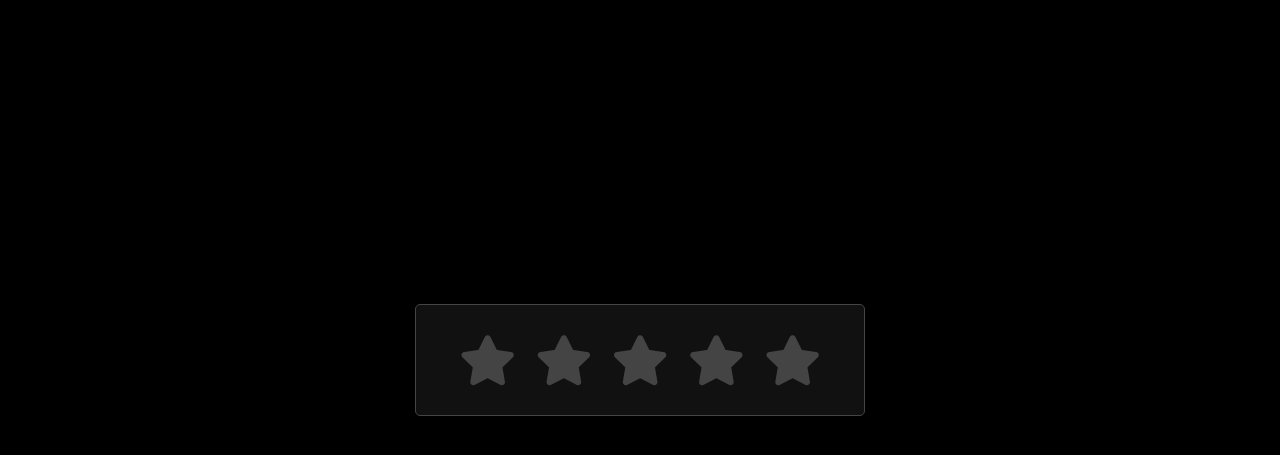
Repository: Suryansh-D/Star-Ratings
Page: index.html
An editor plug-in stored every save of this project. The page is shown before and after the next save, followed by the edit.
The browser window is 1280 px wide. The pictures show the whole page.

Above is the page before, as saved 2024-02-03 10:45:15.

### index.html
<!DOCTYPE html>
<html lang="en">
<head>
    <meta charset="UTF-8">
    <meta name="viewport" content="width=device-width, initial-scale=1.0">
    <title>Document</title>
</head>
<link rel="stylesheet" href="style.css">
<link rel="stylesheet" href="https://cdnjs.cloudflare.com/ajax/libs/font-awesome/5.15.3/css/all.min.css">
<body>
    <div class="container">
        <div class="post">
            <div class="text">Thanks for rating us!</div>
            <div class="edit">EDIT</div>
            </div>
        <div class="stars">
            <input type="radio" name="rate" id="rate-5">
            <label for="rate-5" class="fas fa-star"></label>
            <input type="radio" name="rate" id="rate-4">
            <label for="rate-4" class="fas fa-star"></label>
            <input type="radio" name="rate" id="rate-3">
            <label for="rate-3" class="fas fa-star"></label>
            <input type="radio" name="rate" id="rate-2">
            <label for="rate-2" class="fas fa-star"></label>
            <input type="radio" name="rate" id="rate-1">
            <label for="rate-1" class="fas fa-star"></label>
            <form action="#">
                <header></header>
                <div class="textarea">
                <textarea cols="30" placeholder="Describe your experience"></textarea>
                </div>
                    <div class="btn">
                        <button type="submit">Post</button>
                        </div>
                 </form>
        </div>
    </div>
    <script src="script.js"></script>
</body>
</html>

### style.css
@import url('https://fonts.googleapis.com/css?family=Roboto:400,700');
* {
  margin: 0;
  padding: 0;
  box-sizing: border-box;
  font-family:'Poppins', sans-serif;
}
html, body {
  height: 100%;
  background-color: #000;
  place-items: center;
  display: grid;
  text-align: center;
}

.container {
    position: relative;
    width: 450px;
    background: #111;
    padding: 20px  30px;
    border: 1px solid #444;
    border-radius: 5px;
    display: flex;
    flex-direction: column;
    align-items: center;
    justify-content: center;
}
.container .post{
    display: none;

}
.container .stars input{
    display: none;
}
.stars label{
    font-size: 50px;
    color: #444;
    cursor: pointer;
    transition: all 0.2s ease;
    float: right;
    padding: 10px;

}
.stars input:not(:checked) ~ label:hover ,
.stars input:not(:checked) ~ label:hover ~ label{
    color: #ffcc00;
}
.stars input:checked ~ label{
    color: #ffcc00;
}
input#rate-5:checked ~ label{
    color: #fe7;
    text-shadow: 0 0 20px #f1cf45;
}
input#rate-4:checked ~ label{
    color: #fe7;
    text-shadow: 0 0 20px #f1cf45;
}
input#rate-3:checked ~ label{
    color: #fe7;
    text-shadow: 0 0 20px #f1cf45;
}
input#rate-2:checked ~ label{
    color: #fe7;
    text-shadow: 0 0 20px #f1cf45;
}
input#rate-1:checked ~ label{
    color: #fe7;
    text-shadow: 0 0 20px #f1cf45;
}

#rate-1:checked ~ form header:before{
    content: "Hatt Bakwas 😤";

}
#rate-2:checked ~ form header:before{
    content: "Bekaar 😒";
}
#rate-3:checked ~ form header:before{
    content: "Theek hi hai 🙂";
}
#rate-4:checked ~ form header:before{
    content: "Badhiya kiye Munna😌";
}
#rate-5:checked ~ form header:before{
    content: "Ohh Bhaisaab! 🤯 ";
}

.container .text{
    font-size: 25px;
    color: #666;
    font-weight: 700;

}
.container .edit{
    position: absolute;
    right:10px;
    top:5px;
    font-size: 16px;
    color: #666;
    font-weight: 500;
    cursor: pointer;
}
.container .edit:hover{
    text-decoration: underline;
    color: #fe7;
}
.container form{
    display: none;
}
input:checked ~ form{
    display: block;
    transition: all 0.2s ease;
}
form header{
    width:100%;
    font-size: 25px;
    color: #fe7;
    font-weight: 700;
    margin: 5px 0 20px 0;
    text-align: center;
    transition: all 0.2s ease;
}

form .textarea{
    width: 100%;
   height: 100%;
   overflow: hidden;
}
form .textarea textarea{
    height: 100%;
    width:100%;
    outline: none;
    color: #fff;
    border: 1px solid #333;
    background: #222;
    padding: 10px;
    font-size: 17px;
    resize: none;
}
form .btn{
  height: 45px;
  width: 100%;
  margin: 15px 0;
}
form .btn button{
    width: 100%;
    height: 100%;
    border: 1px solid #444;
    outline: none;
    background: #222;
    color: #999;
    font-size: 20px;
    font-weight: 700;
    cursor: pointer;
    transition: all 0.2s ease;
    font-size: 17px;
    text-transform: uppercase;
}
form .btn button:hover{
    background: #1b1b1b;
    color: #fff;
}

### script.js
const btn = document.querySelector('button');
const post = document.querySelector('.post');
const widget = document.querySelector('.stars');
const editBtn = document.querySelector('.edit');

btn.onclick =() => {
    widget.style.display = 'none';
    post.style.display = 'block';


    editBtn.onclick =() => {
        widget.style.display = 'block';
        post.style.display = 'none';

    }
    return false;
}

After the next save:
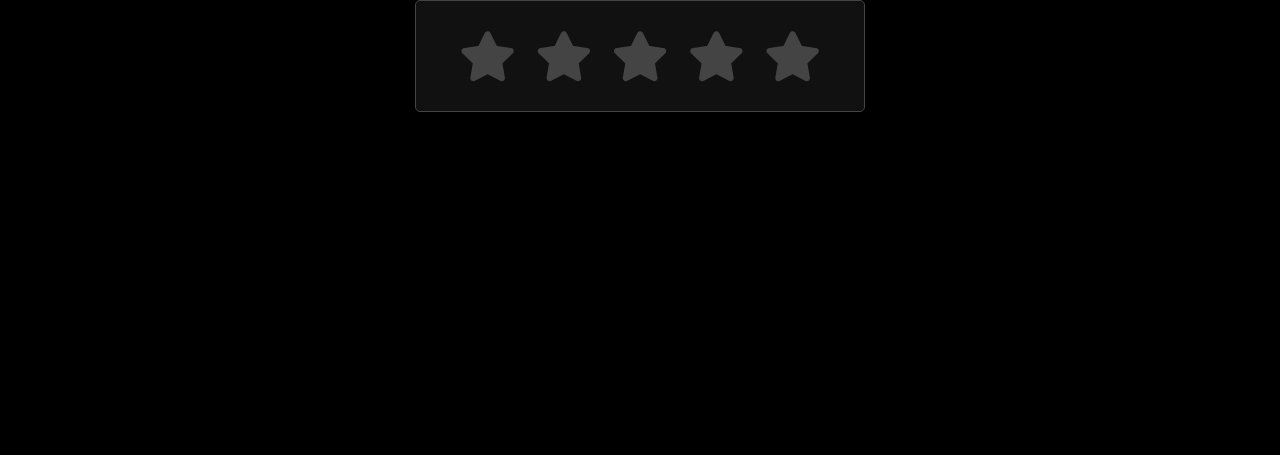
Saved 2 min 1 s later.
--- a/style.css
+++ b/style.css
@@ -6,7 +6,7 @@
   font-family:'Poppins', sans-serif;
 }
 html, body {
-  height: 100%;
+  height: auto;
   background-color: #000;
   place-items: center;
   display: grid;

After the 2 saves that followed:
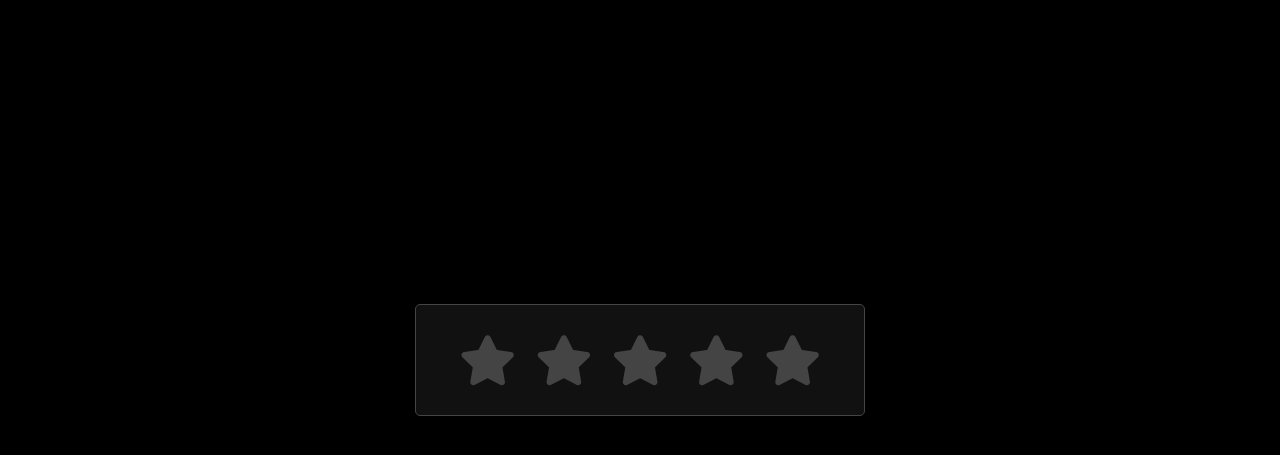
The 2 saves are shown as one change because they came seconds apart.
The last was saved 9 s later.
--- a/style.css
+++ b/style.css
@@ -6,7 +6,7 @@
   font-family:'Poppins', sans-serif;
 }
 html, body {
-  height: auto;
+  height: 100%;
   background-color: #000;
   place-items: center;
   display: grid;
